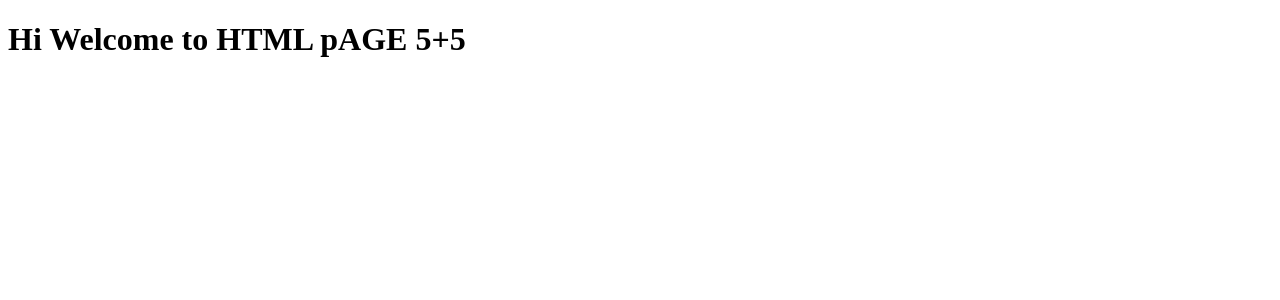
Repository: Thaneshwara848/JSP_Demo
Page: WebDemo2/src/main/webapp/index.html
The author's editor kept a copy of each file at every save. The page is drawn from the files as they stood at one save, then again after the next save.
The browser window is 1280 px wide. The pictures show the whole page.

Above is the page before, as saved 2022-08-10 15:12:19.

### WebDemo2/src/main/webapp/index.html
<!DOCTYPE html>
<html>
<head>
<meta charset="UTF-8">
<title>Insert title here</title>
</head>
<body>
	<h1> Hi Welcome to HTML pAGE 5+5  </h1>

</body>
</html>

After the next save:
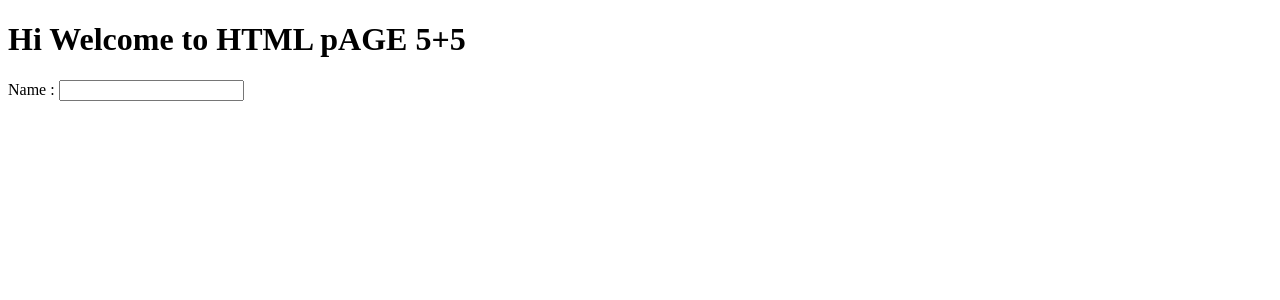
Saved 3 min 19 s later.
--- a/WebDemo2/src/main/webapp/index.html
+++ b/WebDemo2/src/main/webapp/index.html
@@ -6,6 +6,9 @@
 </head>
 <body>
 	<h1> Hi Welcome to HTML pAGE 5+5  </h1>
+	<form action="">
+		Name : <input type="text" name="uname">
 
+	</form>
 </body>
 </html>
